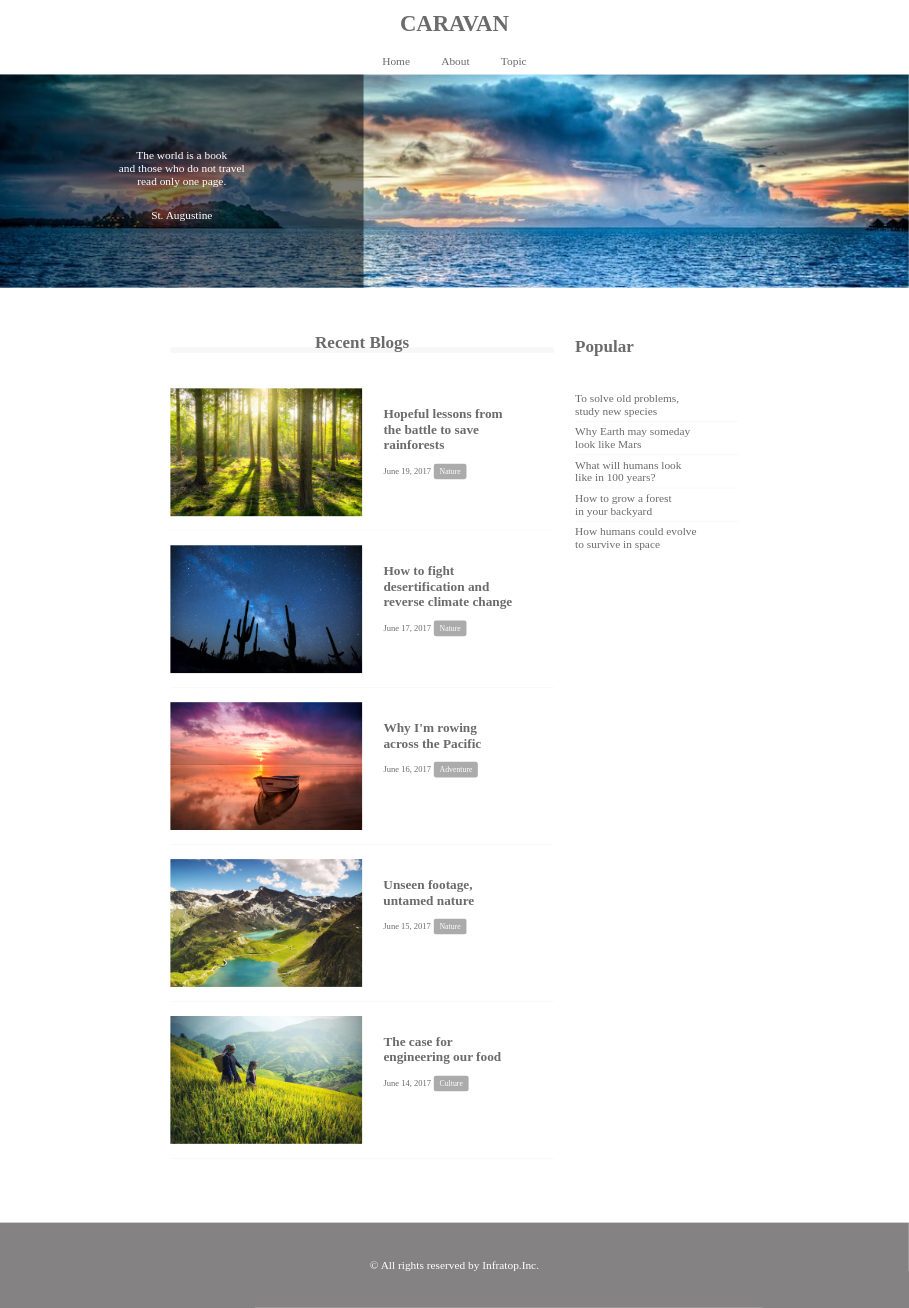
Repository: ochi11/html-practice
Page: caravan/index.html
The author's editor kept a record of every edit. The page is drawn from the files as they stood at one moment, then again after the next edit.
The browser window is 1280 px wide. The pictures show the whole page, at 71% of full size.

Above is the page before.

### caravan/index.html
<!DOCTYPE html>
<html lang="ja">
  <head>
    <meta charset="UTF-8" />
    <!-- CSSファイルの読み込み -->
    <link rel="stylesheet" href="style.css" />
    <title>CARAVAN</title>
  </head>

  <body>
        <!-- header -->
    <header>
      <h1 class="heading">
        <a href="https://infratop.jp">
        CARAVAN
        </a>
      </h1>
    </header>

    <nav>
      <ul class="nav-list">
        <li class="nav-list-item">
          <a href="index.html">Home</a>
        </li>
        <li class="nav-list-item">About</li>
        <li class="nav-list-item">Topic</li>
      </ul>
    </nav>

    <!-- main-visual用のdiv -->
    <div class="main-visual">
      <div class="main-visual-content">
                <!-- pタグ（と文字）を追加 -->
           <p class="main-visual-text">
          The world is a book<br />
          and those who do not travel<br />
          read only one page.
        </p>
        <p class="main-visual-name">
          St. Augustine
        </p>
      </div>
    </div>

    <!-- main用のdiv -->
    <main>
      <section class="blog">
        <h2 class="blog-heading">Recent Blogs</h2>
        <div class="blog-box">
          <div class="blog-item">
            <img class="blog-image" src="img/forest.jpg" />
            <section class="blog-text">
              <h3 class="blog-text-heading">
                <a href="single.html">
                  Hopeful lessons from<br />
                  the battle to save<br />
                  rainforests
                </a>
              </h3>
              <p class="blog-date">June 19, 2017</p>
              <span class="category">Nature</span>
            </section>
          </div>
          <div class="blog-item">
            <img class="blog-image" src="img/desert.jpg" />
            <section class="blog-text">
              <h3 class="blog-text-heading">
                <a href="single.html">
                  How to fight<br />
                  desertification and<br />
                  reverse climate change
                </a>
              </h3>
              <p class="blog-date">June 17, 2017</p>
              <span class="category">Nature</span>
            </section>
          </div>
          <div class="blog-item">
            <img class="blog-image" src="img/sunset.jpg" />
            <section class="blog-text">
              <h3 class="blog-text-heading">
                <a href="single.html">
                  Why I'm rowing<br />
                  across the Pacific
                </a>
              </h3>
              <p class="blog-date">June 16, 2017</p>
              <span class="category">Adventure</span>
            </section>
          </div>
          <div class="blog-item">
            <img class="blog-image" src="img/italy.jpg" />
            <section class="blog-text">
              <h3 class="blog-text-heading">
                <a href="single.html">
                  Unseen footage,<br />
                  untamed nature
                </a>
              </h3>
              <p class="blog-date">June 15, 2017</p>
              <span class="category">Nature</span>
            </section>
          </div>
          <div class="blog-item">
            <img class="blog-image" src="img/asia.jpg" />
            <section class="blog-text">
              <h3 class="blog-text-heading">
                <a href="single.html">
                  The case for<br />
                  engineering our food
                </a>
              </h3>
              <p class="blog-date">June 14, 2017</p>
              <span class="category">Culture</span>
            </section>
          </div>
        </div>
      </section>
      <div class="sidebar">
        <section class="popular">
          <h2 class="popular-heading commom-heading">Popular</h2>
          <div class="sidebar-contents">
            <p class="popular-text">To solve old problems,<br>study new species</p>
            <p class="popular-text">Why Earth may someday<br>look like Mars</p>
            <p class="popular-text">What will humans look<br>like in 100 years?</p>
            <p class="popular-text">How to grow a forest<br>in your backyard</p>
            <p class="popular-text">How humans could evolve<br>to survive in space</p>
          </div>
        </section>
      </div>
    </main>

        <!-- footer -->
    <footer>
      <p class="footer-text">© All rights reserved by Infratop.Inc.</p>
    </footer>

  </body>
</html>

### caravan/style.css
/* ブラウザがそれぞれ持っているCSSをリセットするための記述 */
* {
  margin: 0;
  padding: 0;
  box-sizing: border-box;
  color: #6c6b6b;
}

a {
  text-decoration: none;
}

header {
  width: 90%; /* 横幅90% */
  padding: 15px 0;
  margin: 0 auto;
  text-align: center;
}

header .heading {
  font-size: 32px;
}

.nav-list {
  text-align: center;
  padding: 10px 0;
  margin: 0 auto;
}

.nav-list-item {
  list-style: none;
  display: inline-block;
  margin: 0 20px;
}

.main-visual {
  width: 100%; /* 横幅いっぱい */
  height: 300px; /* 高さ300px */
  background-image: url(img/mv.jpg);
  background-size: cover; /* 縦横比を維持したまま背景領域を埋め尽くす */
  background-position: center; /* 背景画像を中央に配置 */
}

.main-visual-content {
  width: 40%; /* 横幅40% */
  /* width: 350px; /* 横幅350px */
  height: 300px; /* 親の高さに揃える */
  background-color: rgba( 0, 0, 0, 0.5); /* 背景色を半透明の黒にする */
  text-align: center; /* 文字を中央揃えにする */
  padding-top: 105px; /* 上側の内側余白で垂直方向の位置を調整 */
}

.main-visual-text {
  color: #fff; /* 文字色を白に変更 */
}

.main-visual-name {
  margin-top: 30px; /* 上側の外側の余白 */
  color: #fff; /* 文字色を白に変更 */
}

main {
  width: 800px;
  display: flex;
  justify-content: center;
  margin: 0 auto;
  padding: 70px 0;
}

.blog {
 /* width: 600px; /* 横幅600px */
 /* height: 1400px; /* 高さ1400px */
 width: 540px;
 margin-right: 30px;
}

.blog-heading {
  border-bottom: 8px solid #f7f7f7;
  text-align: center;
  line-height: 0.6;
}

.blog-box {
  padding-top: 50px;
}

.blog-item {
  padding-bottom: 20px;
  margin-bottom: 20px;
  border-bottom: 1px solid #f7f7f7;
  display: flex;
  justify-content: flex-start;
}

.blog-image {
  height: 180px;
}

.blog-text {
  padding: 25px 0 0 30px;
}

.blog-text-heading {
  padding-bottom: 15px;
}

.blog-date {
  font-size: 12px;
  display: inline-block;
}

.category {
  display: inline-block;
  padding: 5px 8px;
  background-color: #acabab;
  border-radius: 3px;
  color: #fff;
  font-size: 11px;
}

.sidebar {
  /*width: 240px; /* 横幅240px */
  /*height: 1400px; /* 高さ1400px */
  width: 230px;
}

.pagination {
  text-align: center;
  padding-top: 50px;
}

.pagination p {
  display: inline-block;
  width: 30px;
  height: 30px;
  margin: 0 5px;
  color: #fff;
  background-color: #acabab;
  border-radius: 3px;
  line-height: 30px;
}

.common-heading {
  border-bottom: 8px solid #f7f7f7;
  text-align: center;
  line-height: 0.6;
}

.sidebar-contents {
  padding: 50px 0;
}

.popular-text,
.category-text {
  padding-bottom: 5px;
  border-bottom: 1px solid #f7f7f7;
  margin-bottom: 5px;
}

.popular-text:last-child,
.category-text:last-child {
  margin: 0;
  padding: 0;
  border: none;
}

.instagram .sidebar-contents {
  display: flex;
  flex-wrap: wrap;
}

.instagram-box {
  width: 110px;
  padding-top: 110px;
  background-size: cover;
  background-position: center;
  margin-bottom: 10px;
}

.instagram-box:nth-child(odd) {
  margin-right: 10px;
}

.instagram-box:nth-child(1) {
  background-image: url(img/airport.jpg);
}

.instagram-box:nth-child(2) {
  background-image: url(img/japan.jpg);
}

.instagram-box:nth-child(3) {
  background-image: url(img/snow.jpg);
}

.instagram-box:nth-child(4) {
  background-image: url(img/japan2.jpg);
}

.instagram-box:nth-child(5) {
  background-image: url(img/lake.jpg);
}

.instagram-box:nth-child(6) {
  background-image: url(img/road.jpg);
}

footer {
  width: 100%;
  height: 120px;
  text-align: center;
  line-height: 120px;
  background-color: #848282;
}

.footer-text {
  color: #fff;
}

After the next edit:
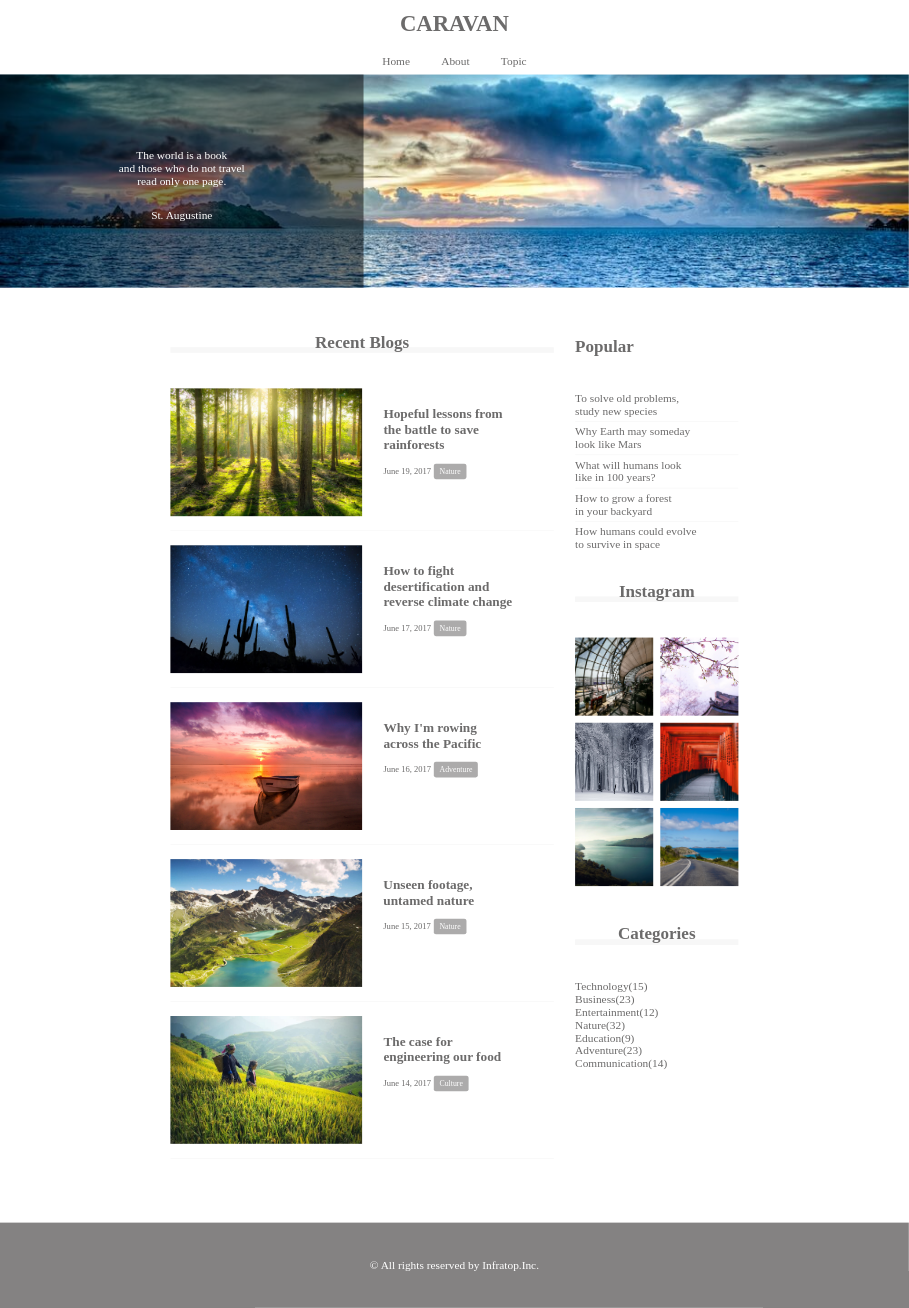
The edit:
--- a/caravan/index.html
+++ b/caravan/index.html
@@ -127,6 +127,30 @@
             <p class="popular-text">How humans could evolve<br>to survive in space</p>
           </div>
         </section>
+        <section class="instagram">
+          <h2 class="instagram-heading common-heading">Instagram</h2>
+          <div class="sidebar-contents">
+            <div class="instagram-box"></div>
+            <div class="instagram-box"></div>
+            <div class="instagram-box"></div>
+            <div class="instagram-box"></div>
+            <div class="instagram-box"></div>
+            <div class="instagram-box"></div>
+          </div>
+        </section>
+         <section class="categories">
+          <h2 class="categories-heading common-heading">Categories</h2>
+          <div class="sidebar-contents">
+            <p class="categories-text">Technology(15)</p>
+            <p class="categories-text">Business(23)</p>
+            <p class="categories-text">Entertainment(12)</p>
+            <p class="categories-text">Nature(32)</p>
+            <p class="categories-text">Education(9)</p>
+            <p class="categories-text">Adventure(23)</p>
+            <p class="categories-text">Communication(14)</p>
+          </div>
+        </section>
+      </div>
       </div>
     </main>
 
